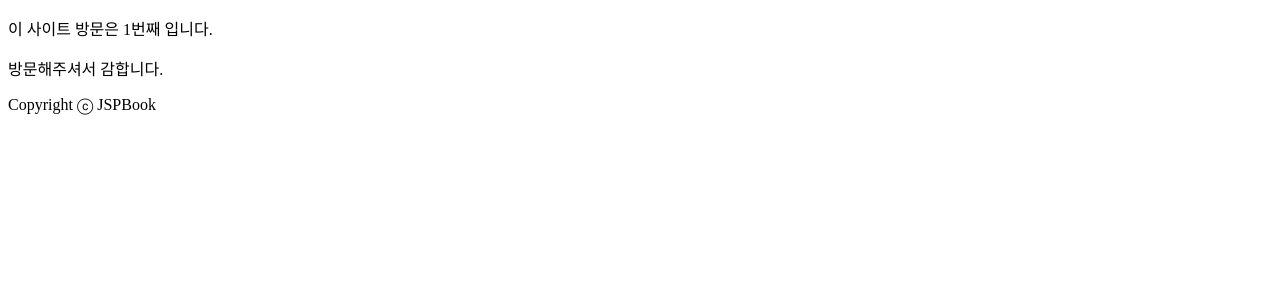
Repository: bobo1201/jspwork
Page: http://localhost/JSP0227/ch03/include02.jsp
The author's editor kept a copy of each file at every save. The page is drawn from the files as they stood at one save, then again after the next save.
The browser window is 1280 px wide. The pictures show the whole page.
The page is served by Tomcat 9.

Above is the page before, as saved 2023-02-27 06:29:23.

After the next save:
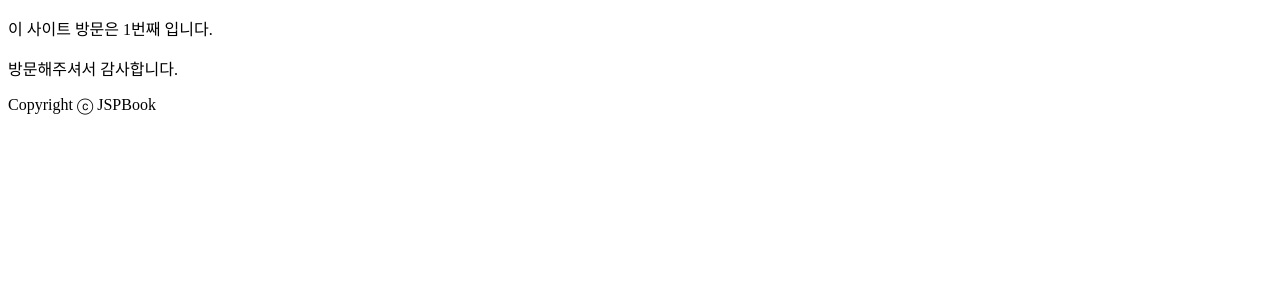
Saved 38 s later.
--- a/JSP0227/src/main/webapp/ch03/include02.jsp
+++ b/JSP0227/src/main/webapp/ch03/include02.jsp
@@ -8,7 +8,15 @@
 </head>
 <body>
 	<%@ include file = "include02_header.jsp" %>
-	<p>방문해주셔서 감합니다.</p>
+	<p>방문해주셔서 감사합니다.</p>
 	<%@ include file = "include02_footer.jsp" %>
 </body>
 </html>
+
+<!-- 출력 :
+
+이 사이트 방문은 1번째 입니다.
+방문해주셔서 감사합니다.
+Copyright ⓒ JSPBook
+
+-->
